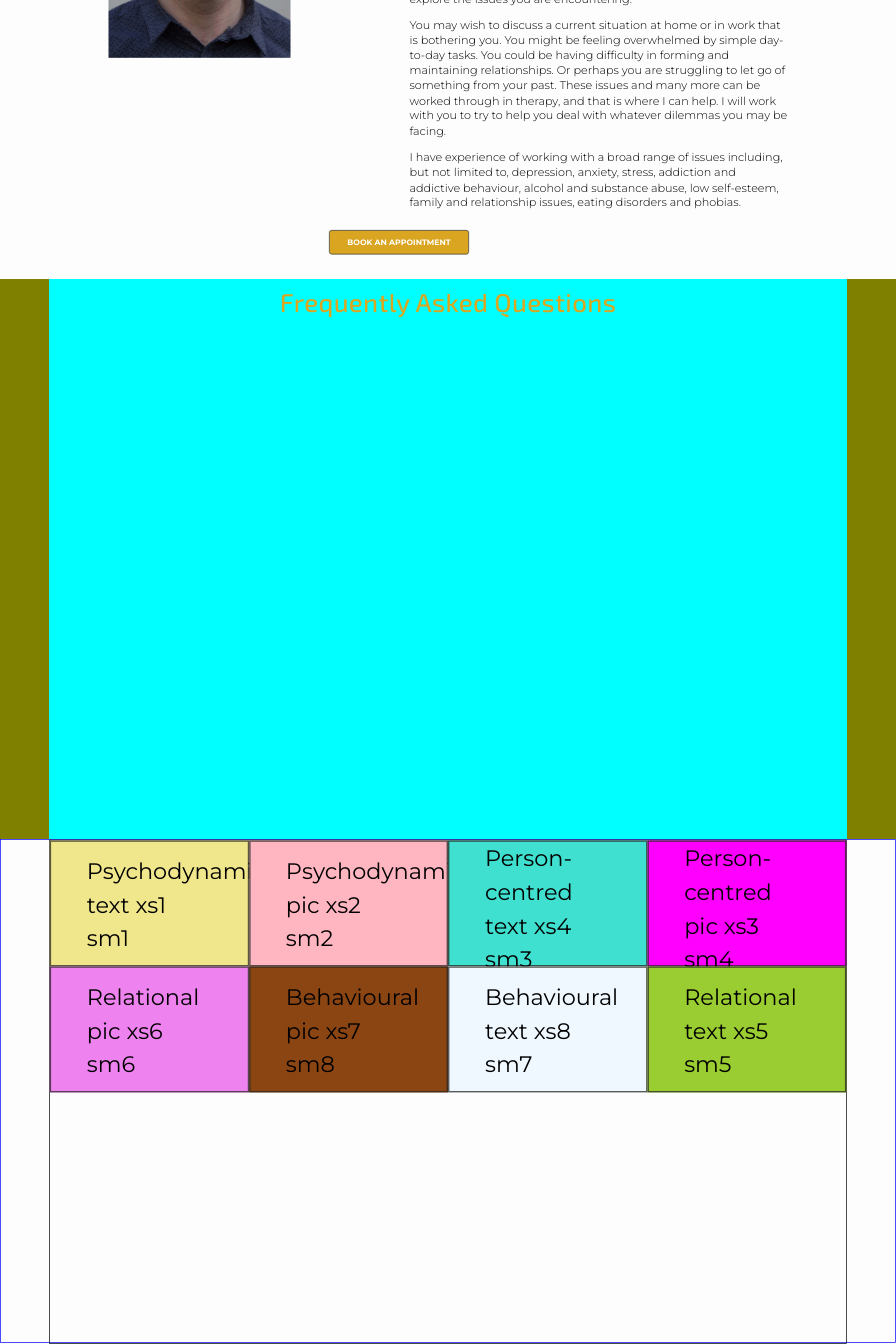
Repository: loosenthedark/UCFD-milestone-project
Page: index.html
The author's editor kept a record of every edit. The page is drawn from the files as they stood at one moment, then again after the next edit.
The browser window is 1280 px wide. The pictures show the part of the page from y = 1081 to 3001 px (the page is 3001 px tall), at 70% of full size.
Some web libraries are served in a nearby version.

Above is the page before.

After the next edit:
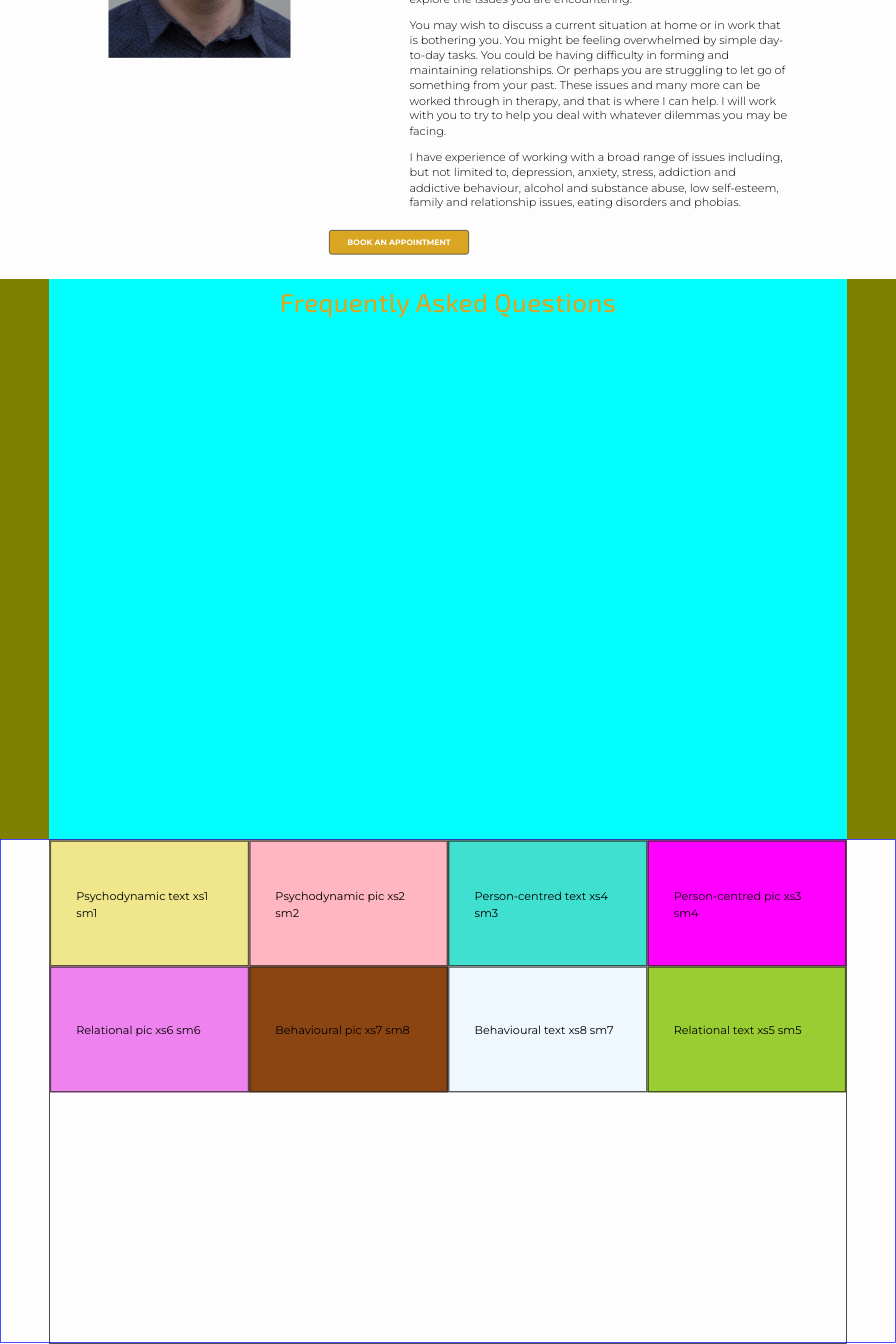
The edit:
--- a/assets/css/style.css
+++ b/assets/css/style.css
@@ -361,9 +361,15 @@
 
 .blogbox {
     color: #000;
-    font-size: 2rem;
+    font-size: 1rem;
     height: 25vh;
+
     border: 2px solid rgba(41, 39, 34, 0.75);;
+}
+
+.blogbox div {
+    padding-left: 0;
+    padding-right: 0;
 }
 
 #blogboxOne {
